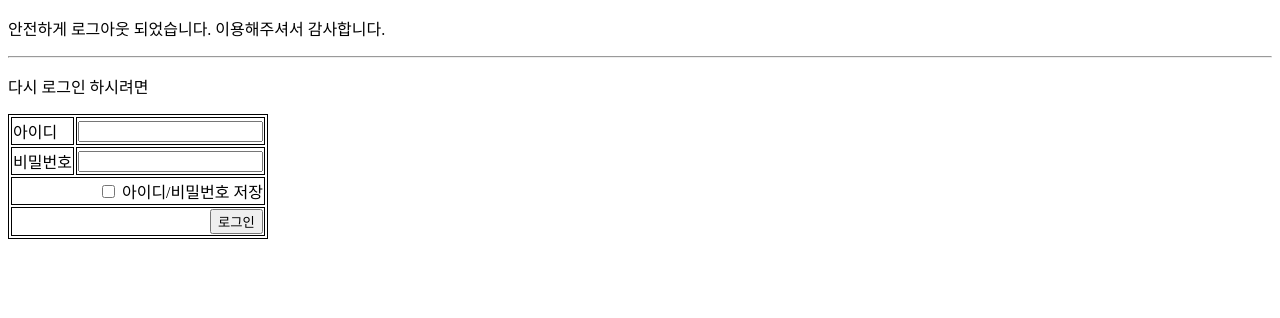
Repository: Gabintree/JDBC2019
Page: http://localhost/JDBC_20190521/20190527_Logout.jsp
The author's editor kept a copy of each file at every save. The page is drawn from the files as they stood at one save, then again after the next save.
The browser window is 1280 px wide. The pictures show the whole page.
The page is served by Tomcat 9.

Above is the page before, as saved 2019-05-27 00:58:02.

After the next save:
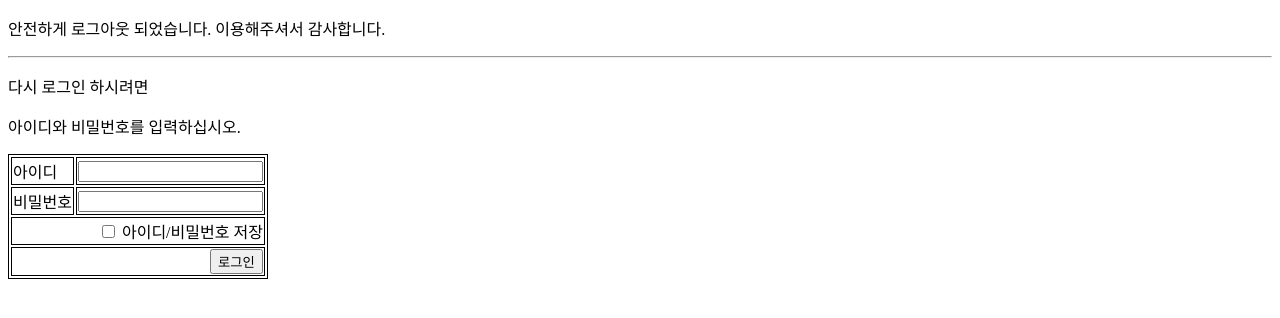
Saved 18 s later.
--- a/JDBC_20190521/WebContent/20190527_Login.jsp
+++ b/JDBC_20190521/WebContent/20190527_Login.jsp
@@ -19,7 +19,7 @@
 %>
 
 
-
+<p>아이디와 비밀번호를 입력하십시오.</p>
  <form action = "20190527_Logined.jsp" method = "post">
  	<table>
  		<tr>
